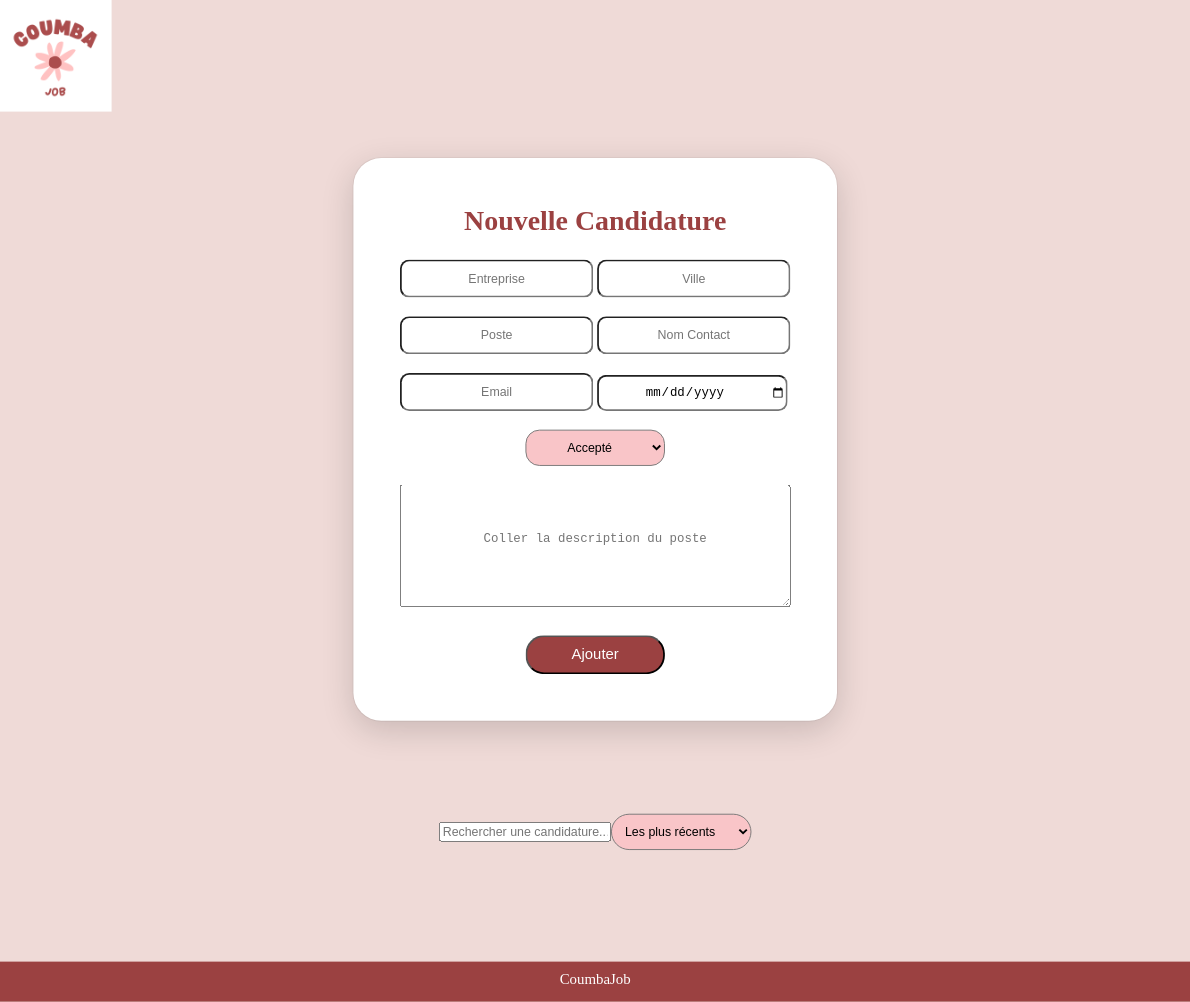
Repository: Coumba25040/coumbaProjet
Page: projetCoumba/index.html
These files come from the project's save history. The page is drawn as it stood at one moment and after the next save; the edit follows.
The browser window is 1280 px wide. The pictures show the whole page, at 93% of full size.
Some web fonts or font styles are not loaded; a fallback is used.

Above is the page before, as saved 2025-09-25 19:44:29.

### projetCoumba/index.html
<!DOCTYPE html>
<html lang="en">
<head>
    <meta charset="UTF-8">
    <meta name="viewport" content="width=device-width, initial-scale=1.0">
    <title>CoumbaJob</title>
    <link rel="stylesheet" href="style.css">
    <link rel="stylesheet" href="https://fonts.googleapis.com/css2?family=Material+Symbols+Outlined:opsz,wght,FILL,GRAD@20..48,100..700,0..1,-50..200&icon_names=delete" />
</head>
<body>
    <header>
        <img src="logo.png" alt="logo">
    </header>
    <article id="form-container">
        <form action="" method="post" id="form">
            <h1 id="candidature">Nouvelle Candidature</h1>
            <div class="class-group">
                <input type="text" name="entreprise" id="entreprise" placeholder="Entreprise" required>
                <input type="text" name="ville" id="ville" placeholder="Ville" required>
            </div>
            <div class="class-group">
                <input type="text" name="poste" id="poste" placeholder="Poste" required>
                <input type="text" name="contact" id="contact" placeholder="Nom Contact" required>
            </div>

            <div class="class-group">
                <input type="email" name="email" id="email" placeholder="Email" required>
                <input type="date" name="date" id="date" placeholder="Date" lang="fr" required>

            </div>
                <select name="statut" id="statut" required>
                    <option value="Accepté">Accepté</option>
                    <option value="Refusé">Refusé</option>
                    <option value="En Attente">En Attente</option>
                    <option value="Entretien">Entretien</option>
                </select>
            <textarea name="description" id="description" placeholder="Coller la description du poste"></textarea>
            <div>
                <button type="submit" id="btn-ajouter">Ajouter</button>
            </div>
        </form>
    </article>
    <article id="recherche-tri">
        <input type="text" name="recherche" id="recherche" placeholder="Rechercher une candidature...">
        <select name="trier" id="trier">
            <option value="recent">Les plus récents</option>
            <option value="moinsRecent">Les moins récents</option>
            <option value="Accepté">Accepté</option>
            <option value="Refusé">Refusé</option>
            <option value="En Attente">En Attente</option>
            <option value="Entretien">Entretien</option>
        </select>
    </article>
    <article id="candidature-container">
    </article>
    <footer>
        <p>CoumbaJob</p>

    </footer>
    <article id="popup-overlay">
        <div id="popup-content"></div>

    </article>

    <script src="app.js"></script>
</body>
</html>

### projetCoumba/style.css
body{
    margin: 0;
    padding: 0;
    background-color: #efdad7;
}
#form-container, #recherche-tri, img, #popup-overlay{
    display: flex;
    justify-content: center;
    align-items: center;
}
#candidature{
    text-align: center;
    color: #9B4141;
    font-size: 30px;
    margin-top: 0;
}
#form{
    display: flex;
    flex-direction: column;
    box-shadow: rgba(0, 0, 0, 0.16) 0px 10px 36px 0px, rgba(0, 0, 0, 0.06) 0px 0px 0px 1px;
    padding: 50px;
    border-radius: 30px;
    margin-top: 50px;
    background-color: white;
}

form input, #date{
    width: 200px;
    height: 35px;
    text-align: center;
    border-radius: 10px;
    margin-bottom: 20px;
}
#description{
    padding: 50px;
    text-align: center;
}
#btn-ajouter{

    padding: 10px;
    width: 150px;
    border-radius: 20px;
    margin: 30px auto 0 auto;
    display: block;
    background-color: #9B4141;
    color: white;
    font-size: 16px;
}
#btn-ajouter:hover{
    background-color: #a86a6a;
}
#{

}
#recherche-tri{
    margin-top: 100px;
    margin-bottom: 70px;
}
#statut{
    padding: 10px;
    width: 150px;
    border-radius: 15px;
    margin: auto;
    margin-bottom: 20px;
    text-align: center;
    background-color: #F9C5C8;
}
#trier{
    padding: 10px;
    border-radius: 20px;
    background-color: #F9C5C8;
}
.card{

    border-radius: 20px;
    padding: 20px;
    height: 150px;
    width: 250px;
    margin: 20px;
    background-color: white;
    box-shadow: rgba(99, 99, 99, 0.2) 0px 2px 8px 0px;
    position: relative;
}
.cardTitle{
    display: flex;
    justify-content: space-between;

}
h3, h6, p{
    margin: 0;
    margin-bottom: 5px;

}

.cardBody {
    display: flex;
    flex-direction: column;
    gap: 5px;
    position: relative;
}

.btn-modifier{
    align-self: flex-end;
    padding: 10px;
    border-radius: 10px;
    width: 100px;
    background-color: #F9C5C8;
    border: none;
}
.btn-modifier:hover{
    background-color: #9B4141;
}
#candidature-container{
    display: grid;
    grid-template-columns: repeat(auto-fit, minmax(250px, 1fr));
    margin: 0 auto;
    gap: 30px;
    place-items: center;
    padding: 0 20px;
    max-width: 1200px;
}
.card:hover{
    box-shadow: rgba(0, 0, 0, 0.35) 0px 5px 15px;
}
img{
    height: 120px;
    align-self: center;
}
footer{
    text-align: center;
    margin-top: 50px;
    padding: 10px;
    background-color: #9B4141;
    color: white;
}

.material-symbols-outlined {
    position: absolute;
    background-color: #F9C5C8;
    color: black;
    border-radius: 20px;
    font-size: 24px;
    padding: 4px;
    top: -10px;
    right: -10px;
    z-index: 10;
    cursor: pointer;
  font-variation-settings:
  'FILL' 0,
  'wght' 400,
  'GRAD' 0,
  'opsz' 24
}
.material-symbols-outlined:hover{
    background-color: #9B4141;
}
#popup-overlay{
    position: fixed;
    top: 0;
    left: 0;
    right: 0;
    bottom: 0;
    background-color: rgba(0, 0, 0, 0.442);
    z-index: 98;
    display: none;
}

#popup-overlay.open{
    display: block !important;
}

#popup-content{
    max-width: 600px;
    padding: 30px;
    box-sizing: border-box;
    background-color: white;
    width: 100%;
    position: absolute;
    top: 50%;
    left: 50%;
    transform: translate(-50%, -50%);
}

.popup-coordonne{
    background-color: #c6aed6;
    text-align: center;
    border-radius: 20px;
    margin-bottom: 20px;
    padding: 10px;
}
.popup-description{
    background-color: #efdad7;
    padding: 5px;
    max-height: 350px;
    overflow-y: auto;

}
.popup-exit{
    position: absolute;
    top: -10px;
    right: -10px;
    text-decoration: none;
    color: white;
    padding: 5px 10px;
    border-radius: 5px;
    background-color: black;
}

### projetCoumba/app.js
const candidatureContainer = document.getElementById('candidature-container')
const entreprise = document.getElementById('entreprise')
const ville = document.getElementById('ville')
const poste = document.getElementById('poste')
const contact = document.getElementById('contact')
const email = document.getElementById('email')
const statut = document.getElementById('statut')
const date = document.getElementById('date')
const description = document.getElementById('description')
let candidature = []
let currentIndex = null

function afficherCard(tabCandidature){
    candidatureContainer.innerHTML = ''
    tabCandidature.sort((a, b) => new Date(b.date) - new Date(a.date))

    tabCandidature.forEach((item, index) => {

        let cardCandidature = document.createElement('div')
        cardCandidature.classList.add('card')
        cardCandidature.setAttribute('data-index', index)

        cardCandidature.innerHTML += `
        <span class="material-symbols-outlined delete-icon" data-index=${index}>
                delete
                </span>
            <div class="cardBody">
                <div class="cardTitle">
                    <h3>${item.poste}</h3>
                    <p>${item.date}</p>
                </div>
                <p>${item.entreprise}</p>
                <p>${item.ville}</p>
                <p>${item.statut}</p>
                <button class="btn-modifier" data-index="${index}">Modifier</button>
            </div>`
        candidatureContainer.appendChild(cardCandidature)
        candidatureContainer.scrollIntoView({behavior: 'smooth', block: 'start'})

        const btnModifier = document.querySelectorAll('.btn-modifier')
        btnModifier.forEach(btnM => {
            btnM.addEventListener('click', (e) => {
                e.stopPropagation()
                const index = e.target.getAttribute('data-index')
                const item = candidature[index]

                entreprise.value = item.entreprise
                ville.value = item.ville
                poste.value = item.poste
                contact.value = item.contact
                email.value = item.email
                date.value = item.date
                statut.value = item.statut
                description.value = item.description

                currentIndex = index
                form.scrollIntoView({behavior: "smooth"})
            })
        })

        cardCandidature.addEventListener('click', () => {
            afficherPopup(item)
        })

    });

    const deleteIcon = document.querySelectorAll('.delete-icon')
    deleteIcon.forEach(icon =>{
        icon.addEventListener('click', (e) => {
            e.stopPropagation()
            const index = e.target.getAttribute('data-index')
            candidature.splice(index, 1)
            afficherCard(candidature)
            saveLocalStorage()
        })
    })
}

let form = document.getElementById('form')

form.addEventListener("submit", (e) => {
    e.preventDefault()

    const newCandidature = {

        entreprise: entreprise.value,
        ville: ville.value,
        poste: poste.value,
        contact: contact.value,
        email: email.value,
        date: date.value,
        statut: statut.value,
        description: description.value
    }


    if(currentIndex !== null){
        candidature[currentIndex] = newCandidature
        currentIndex = null
    }else{
        candidature.push(newCandidature)
    }

    entreprise.value = ''
    ville.value = ''
    poste.value = ''
    contact.value = ''
    email.value = ''
    date.value = ''
    description.value = ''

    afficherCard(candidature)
    saveLocalStorage()
})

const saveCandidature = localStorage.getItem('candidatures')

if(saveCandidature){
    candidature = JSON.parse(saveCandidature)
    afficherCard(candidature)
}

function saveLocalStorage(){
    localStorage.setItem('candidatures', JSON.stringify(candidature))
}

function afficherPopup(item){
let popupOverlay = document.getElementById('popup-overlay')
let popupContent = document.getElementById('popup-content')
        popupContent.innerHTML = `
            <div class="popup-coordonne">
                <h1 class="popup-emp">${item.poste}</h1>
                <h2 class="popup-ste">${item.entreprise} ${item.ville}</h2>
                <p class="popup-date-statut">${item.date} ${item.statut}</p>
                <p class="popup-contact">Contact : ${item.contact}</p>
                <p class="popup-email">Email : ${item.email}</p>
            </div>
            <div class="popup-description">
                <h2>Description du poste</h2>
                <p>${item.description}</p>
                <a href="javascript:void(0)" class="popup-exit">Fermer</a>
        </div>`

    popupOverlay.classList.add('open')

    const popupExit = document.querySelector('.popup-exit')

    popupExit.addEventListener('click', () => {
        popupOverlay.classList.remove('open')
   })
}

let trier = document.getElementById('trier')

trier.addEventListener('change', (e) => {
    const filtre = e.target.value
    let resultats = [...candidature]

    if(filtre === "recent"){
        resultats.sort((a, b) => new Date(b.date) - new Date(a.date))

    }else if(filtre === "moinsRecent"){
        resultats.sort((a, b) => new Date(a.date) - new Date(b.date))

    }else if (["Accepté", "Refusé", "En Attente", "Entretien"].includes(filtre)) {
        resultats = resultats.filter(c => c.statut === filtre)
    }

    afficherCard(resultats)
})

const recherche = document.getElementById('recherche')

recherche.addEventListener("keyup", (e) => {
    const input = recherche.value

    const result = candidature.filter(item =>
        item.entreprise.toLowerCase().includes(input.toLowerCase()) ||
        item.poste.toLowerCase().includes(input.toLowerCase()))

    if(result.length === 0){
        candidatureContainer.innerHTML = `<p>Aucune Candidature</p>`
    }else{
        afficherCard(result)
    }
})

After the next save:
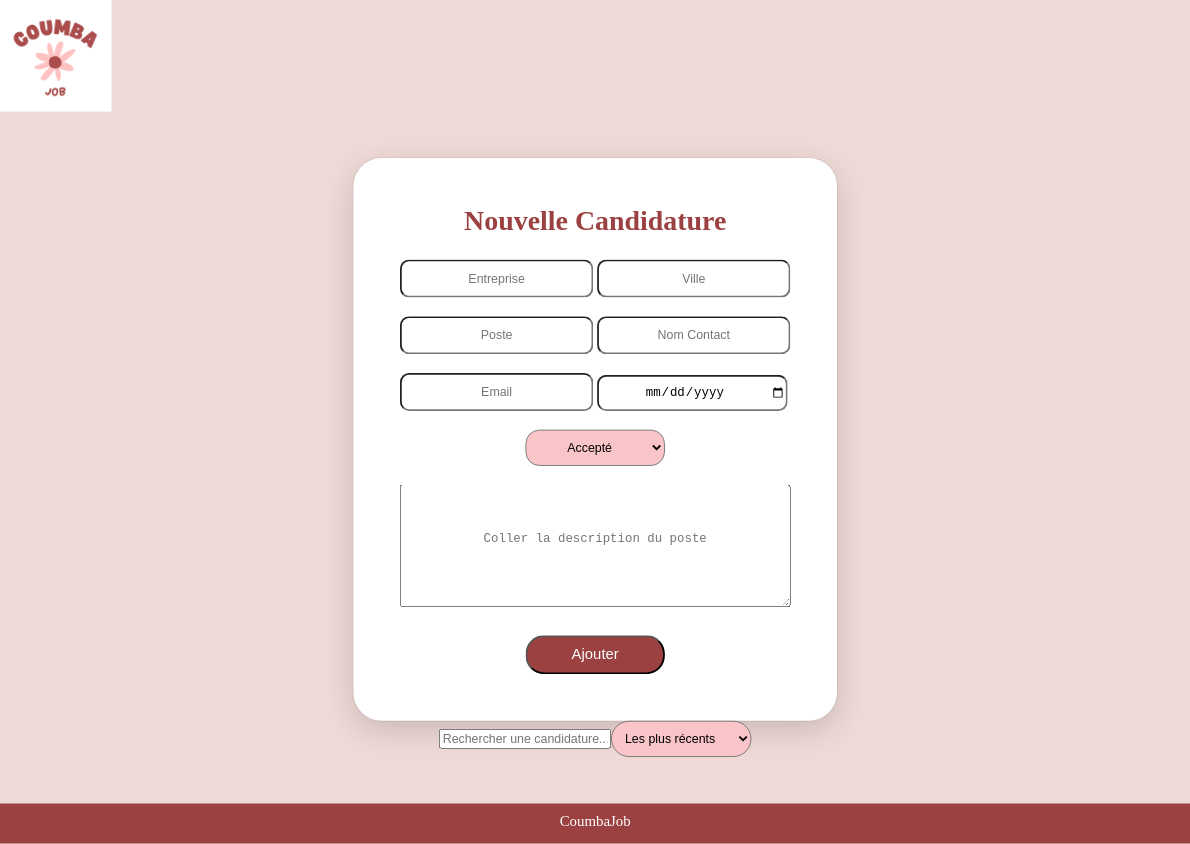
Saved 6 s later.
--- a/projetCoumba/style.css
+++ b/projetCoumba/style.css
@@ -49,9 +49,7 @@
 #btn-ajouter:hover{
     background-color: #a86a6a;
 }
-#{
-
-}
+#
 #recherche-tri{
     margin-top: 100px;
     margin-bottom: 70px;

After the save that followed:
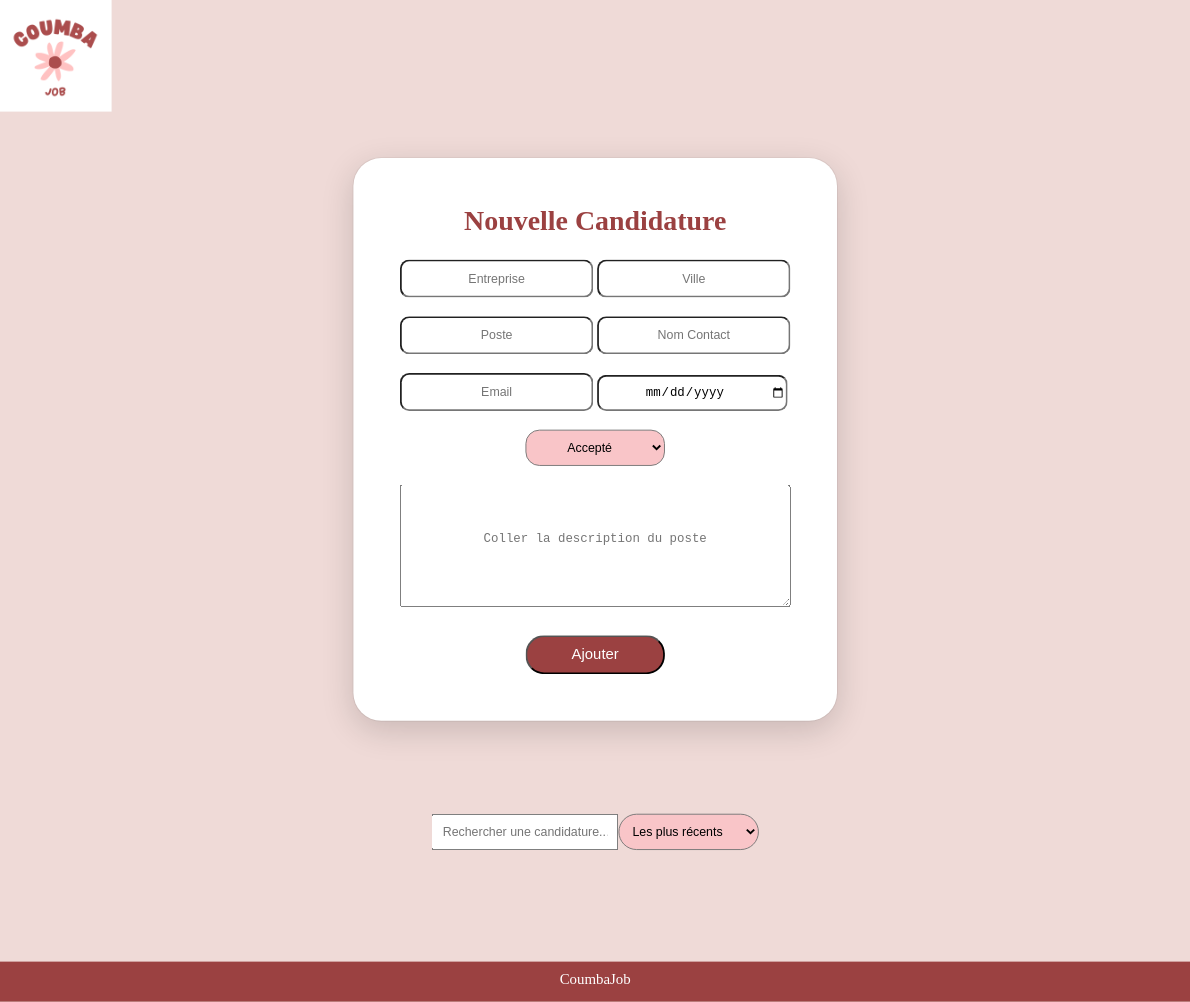
Saved 22 s later.
--- a/projetCoumba/style.css
+++ b/projetCoumba/style.css
@@ -49,7 +49,9 @@
 #btn-ajouter:hover{
     background-color: #a86a6a;
 }
-#
+#recherche{
+    padding: 10px;
+}
 #recherche-tri{
     margin-top: 100px;
     margin-bottom: 70px;
